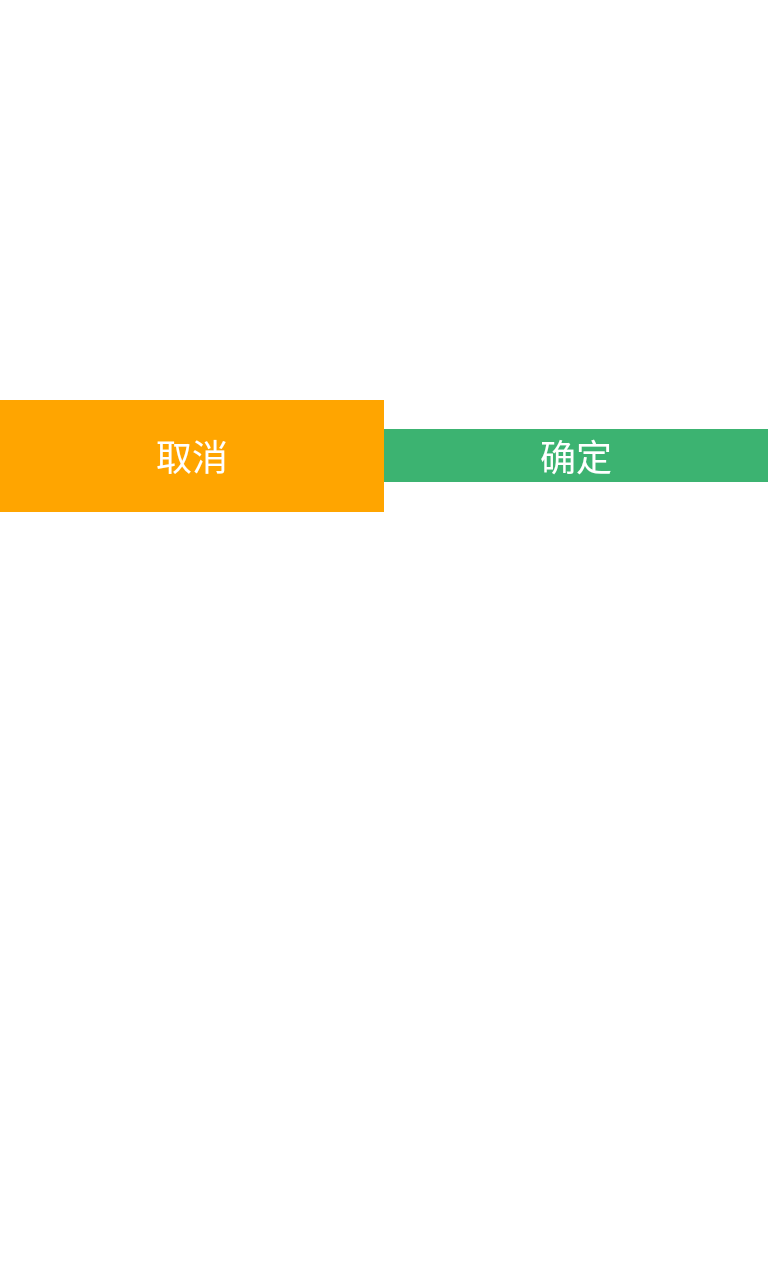
Repository: blanks1314/sysnc_android
Layout: UpayDemo/res/layout/dialog_error.xml
An editor plug-in stored every save of this project. The layout is shown before and after the next save, followed by the edit.
It is drawn on a 768 x 1280 px phone screen (xhdpi) without system bars, with theme AppTheme; the app's code is not run.

Above is the layout before, as saved 2015-05-04 07:05:41.

After the next save:
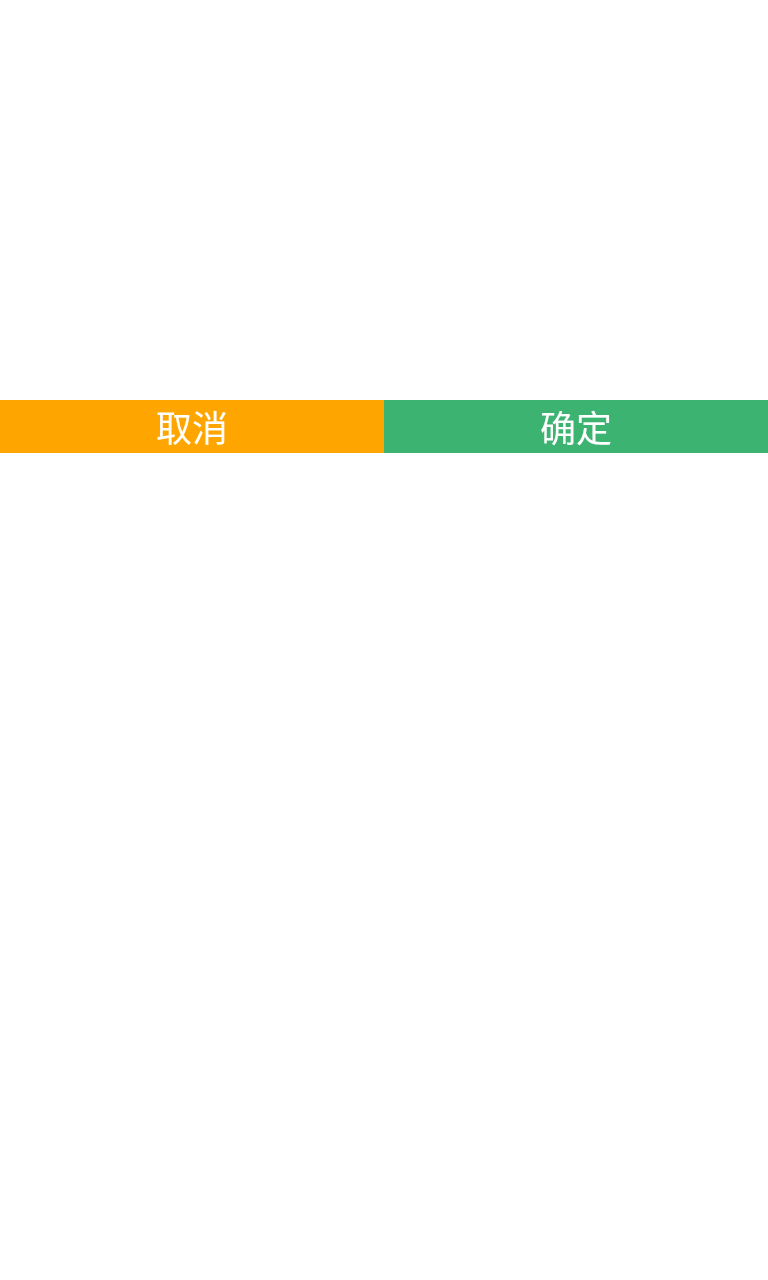
Saved 4 s later.
--- a/UpayDemo/res/layout/dialog_error.xml
+++ b/UpayDemo/res/layout/dialog_error.xml
@@ -17,7 +17,7 @@
         <TextView
             android:id="@+id/tvCancel"
             android:layout_width="0dp"
-            android:layout_height="56dp"
+            android:layout_height="wrap_content"
             android:layout_weight="1"
             android:gravity="center"
             android:text="取消"
